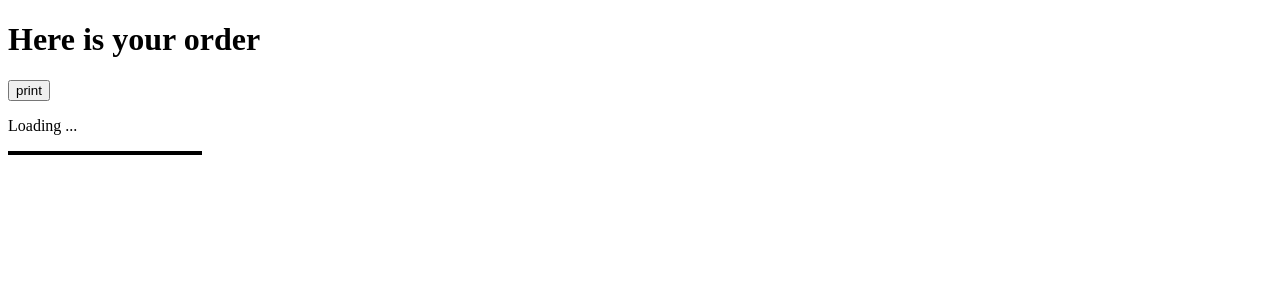
Repository: boschierob/order-app
Page: read.html
The author's editor kept a copy of each file at every save. The page is drawn from the files as they stood at one save, then again after the next save.
The browser window is 1280 px wide. The pictures show the whole page.
The page's requests for data from a server got no answer.

Above is the page before, as saved 2023-01-01 23:37:20.

After the next save:
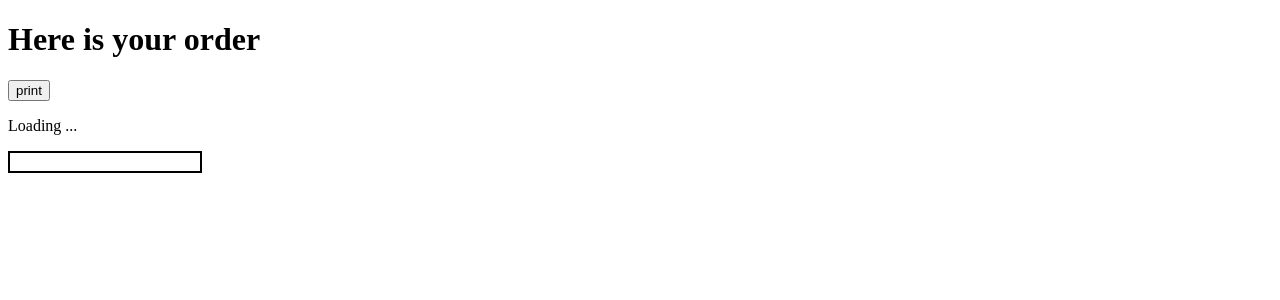
Saved 80 s later.
--- a/read.html
+++ b/read.html
@@ -18,8 +18,7 @@
             <button>print</button>
             <p id="data"> Loading ...</p>
             <div style="border:2px solid black ; width:15%; height:5%; text-align: center;">
-                <img style="display: block;
-                margin: auto; object-fit: contain;"  id="image">
+                <img style="object-fit: contain;" id="image">
             </div>
 
 
